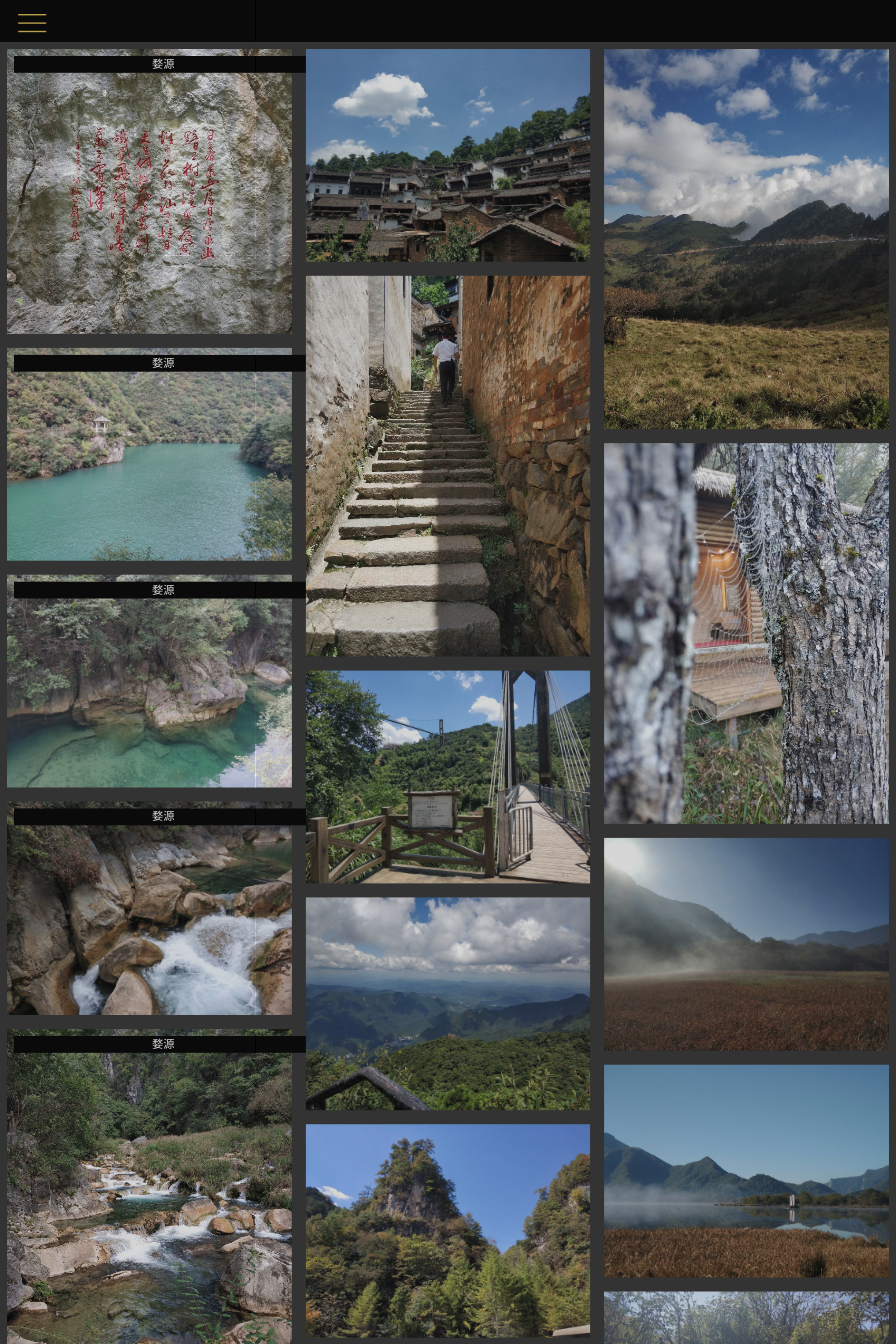
Repository: ustc-hzy/ziYang
Page: album.html
These files come from the project's save history. The page is drawn as it stood at one moment and after a run of saves; the edit follows.
The browser window is 1280 px wide. The pictures show the part of the page from y = 0 to 1920 px (the page is 2723 px tall), at 70% of full size.

Above is the page before, as saved 2020-06-18 22:31:21.

After the next 2 saves:
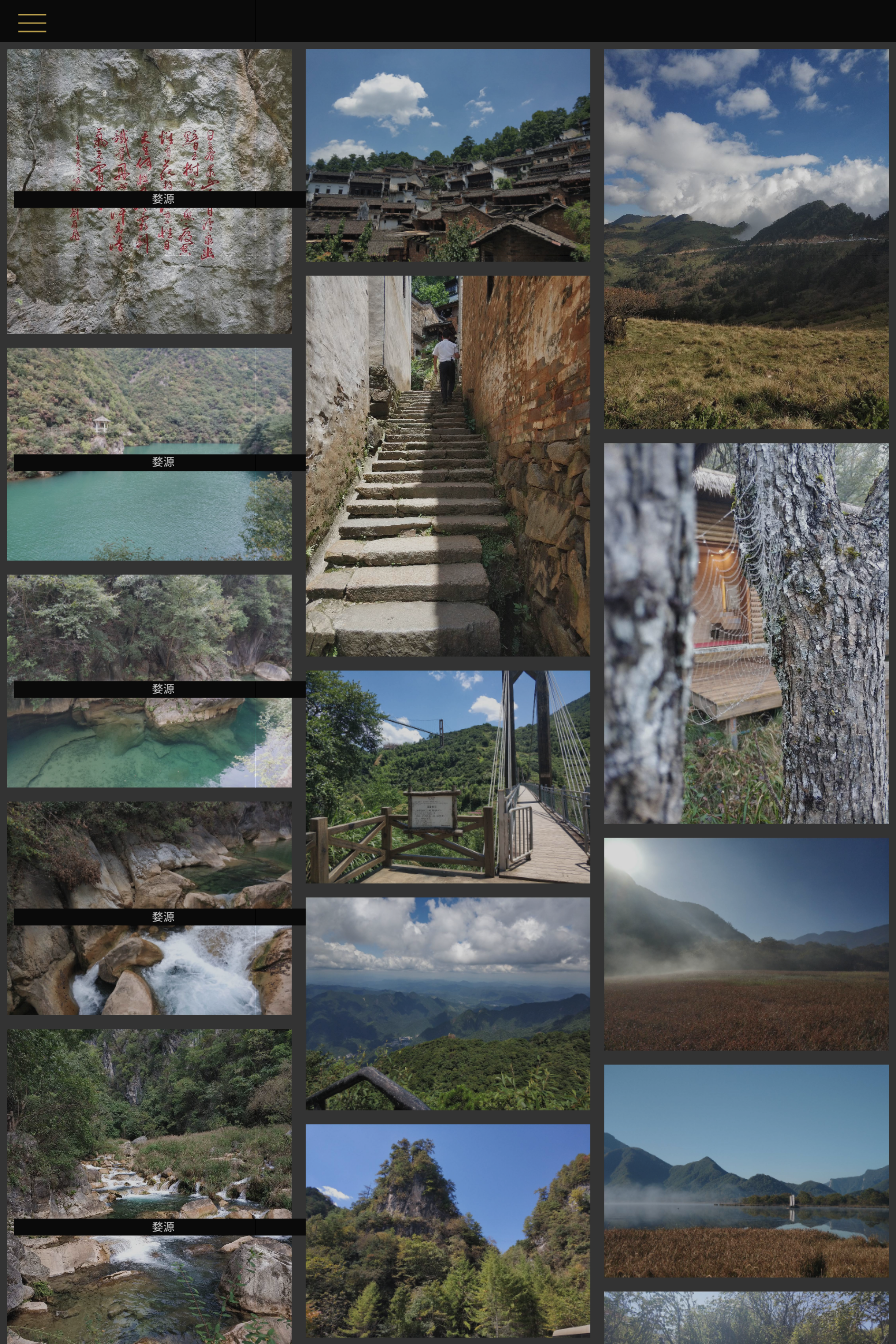
The 2 saves are shown as one change because they came seconds apart.
The last was saved 19 s later.
--- a/css/album.css
+++ b/css/album.css
@@ -35,7 +35,7 @@ body {
 .wuyuan .item::after{
     position: absolute;
     display: block;
-    top: 20px;
+    top: 50%;
     left: 20px;
     width: 100%;
     height: auto;
